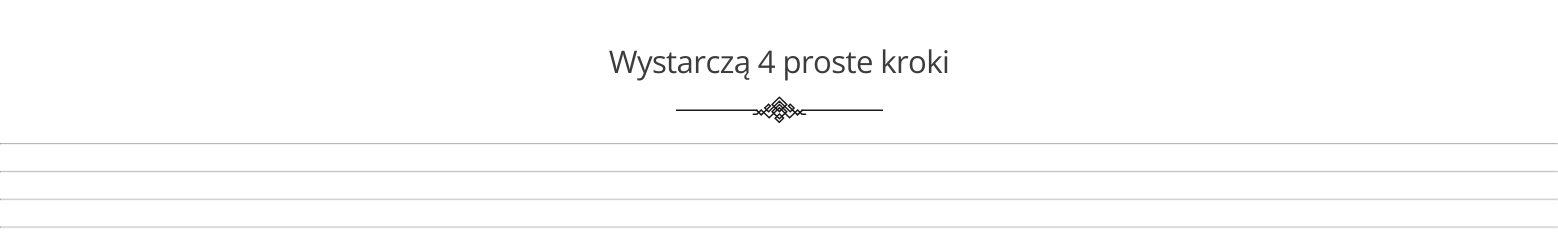
Repository: tomekwoojcik/oddam-w-dobre-rence
Page: /
The author's editor kept a copy of each file at every save. The page is drawn from the files as they stood at one save, then again after the next save.
The browser window is 1280 px wide. The page is 1900 px wide, so the pictures cover 1900 px, including what lies to the right of the window. The pictures show the part of the page from y = 1347 to 1902 px (the page is 1634 px tall before and 1902 px after), at 82% of full size.
The project was rebuilt for these pictures with package versions that can differ from the ones it lists, and the page was loaded fresh each time. Also part of the build but not shown: src/pages/logIn/logIn.js, src/pages/register/register.js.

Above is the page before, as saved 2022-12-07 20:25:11.

After the next save:
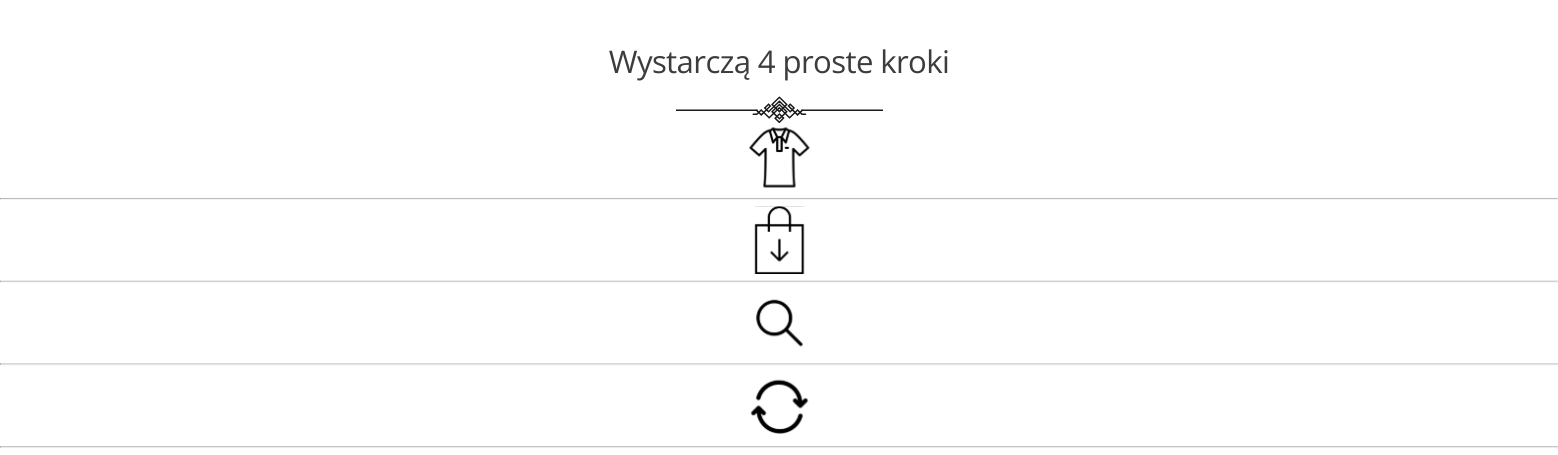
Saved 3 min 59 s later.
--- a/src/components/molecules/simpleStepsBar/simpleStepsBar.js
+++ b/src/components/molecules/simpleStepsBar/simpleStepsBar.js
@@ -1,13 +1,17 @@
 import React from 'react'
 import SimpleStepsColumn from '../../atoms/simpleStepsColumn/simpleStepsColumn'
+import IconOne from '../../../assets/Icon-1.svg'
+import IconSec from '../../../assets/Icon-2.svg'
+import IconThr from '../../../assets/Icon-3.svg'
+import IconFou from '../../../assets/Icon-4.svg'
 
 const SimpleStepsBar = () => {
   return (
         <div className='simpleStepsBar'>
-            <SimpleStepsColumn />
-            <SimpleStepsColumn />
-            <SimpleStepsColumn />
-            <SimpleStepsColumn />
+            <SimpleStepsColumn source={IconOne} />
+          <SimpleStepsColumn source={IconSec} />
+          <SimpleStepsColumn source={IconThr} />
+          <SimpleStepsColumn source={IconFou} />
         </div>
   )
 }
